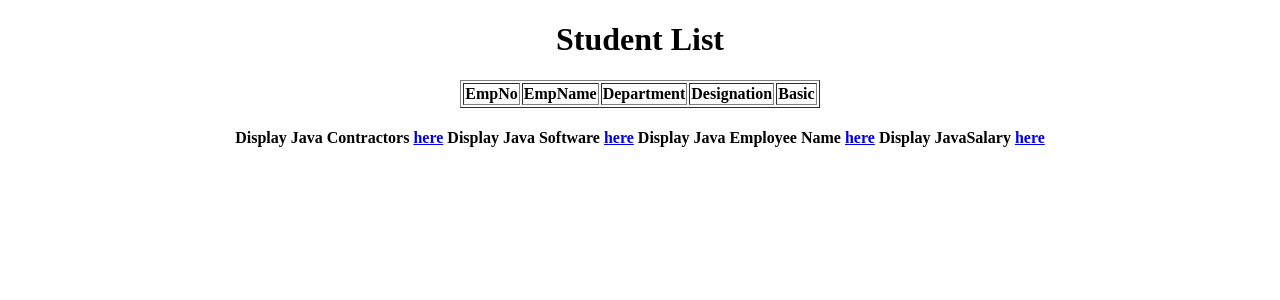
Repository: anisha-r/Sts
Page: http://localhost/AdvSpringData/WEB-INF/views/home.jsp
An editor plug-in stored every save of this project. The page is shown before and after the next save, followed by the edit.
The browser window is 1280 px wide. The pictures show the whole page.
The page is served by Tomcat 9. Nobody is signed in. Other server files are loaded and not shown. The template is opened directly, without the code that normally fills it, so the values that code supplies are empty.

Above is the page before, as saved 2019-10-15 10:03:30.

### AdvSpringData/src/main/webapp/WEB-INF/views/home.jsp
<%@page contentType="text/html" pageEncoding="UTF-8"%>
<!DOCTYPE HTML PUBLIC "-//W3C//DTD HTML 4.01 Transitional//EN"
   "http://www.w3.org/TR/html4/loose.dtd">
<%@ taglib uri="http://java.sun.com/jsp/jstl/core" prefix="c" %>

<html>
<head>
<meta http-equiv="Content-Type" content="text/html; charset=UTF-8">
<title>Student Management Screen</title>
</head>
<body>
	<div align="center">
		<h1>Student List</h1>

		<table border="1">

			<th>EmpNo</th>
			<th>EmpName</th>
			<th>Department</th>
			<th>Designation</th>
			<th>Basic</th>



			<c:forEach var="employ" items="${employList}">
				<tr>

					<td>${employ.empno}</td>
					<td>${employ.name}</td>
					<td>${employ.dept}</td>
					<td>${employ.desig}</td>
					<td>${employ.basic}</td>
					</c:forEach>
		</table>
		<h4>
		Display Java Contractors <a href="/displayjavacontractors">here</a>
		Display Java Software <a href="/displayjavasoftware">here</a>
		Display Java Employee Name <a href="/displayjavaname">here</a>
		Display JavaSalary <a href="/displayjavasalary">here</a>

		</h4>
	</div>
</body>
</html>

After the next save:
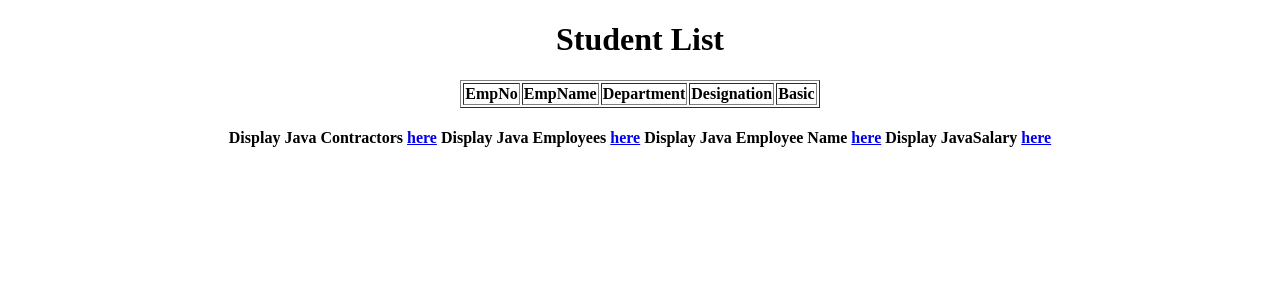
Saved 2 min 21 s later.
--- a/AdvSpringData/src/main/webapp/WEB-INF/views/home.jsp
+++ b/AdvSpringData/src/main/webapp/WEB-INF/views/home.jsp
@@ -34,7 +34,7 @@
 		</table>
 		<h4>
 		Display Java Contractors <a href="/displayjavacontractors">here</a>
-		Display Java Software <a href="/displayjavasoftware">here</a>
+		Display Java Employees <a href="/displayjava">here</a>
 		Display Java Employee Name <a href="/displayjavaname">here</a>
 		Display JavaSalary <a href="/displayjavasalary">here</a>
 
